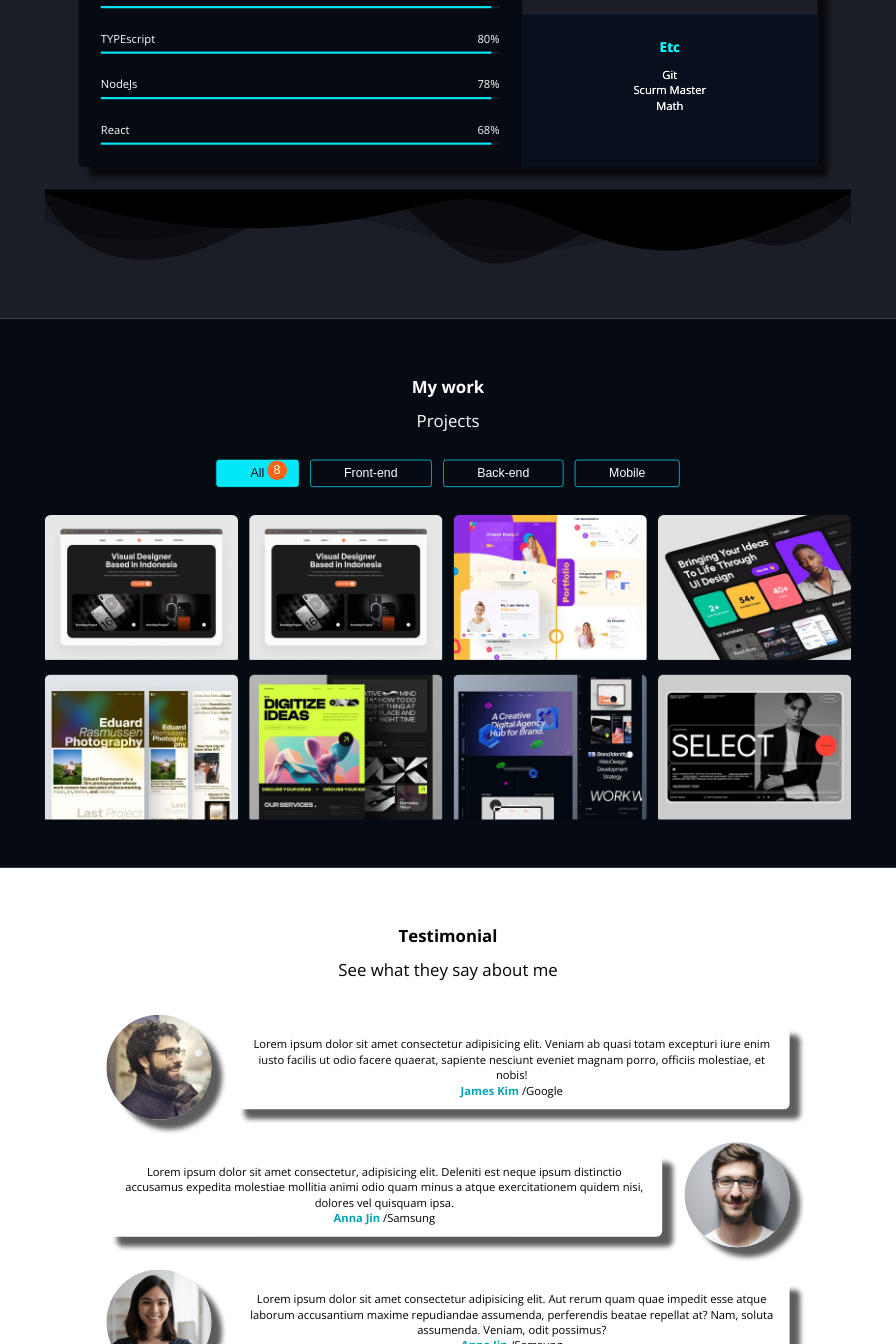
Repository: Arden-Sol/portfolio-website-clone-coding
Page: index.html
The author's editor kept a copy of each file at every save. The page is drawn from the files as they stood at one save, then again after the next save.
The browser window is 1280 px wide. The pictures show the part of the page from y = 1874 to 3794 px (the page is 4273 px tall before and 4153 px after), at 70% of full size.
Some web libraries are served in a nearby version.

Above is the page before, as saved 2024-04-06 23:46:42.

After the next save:
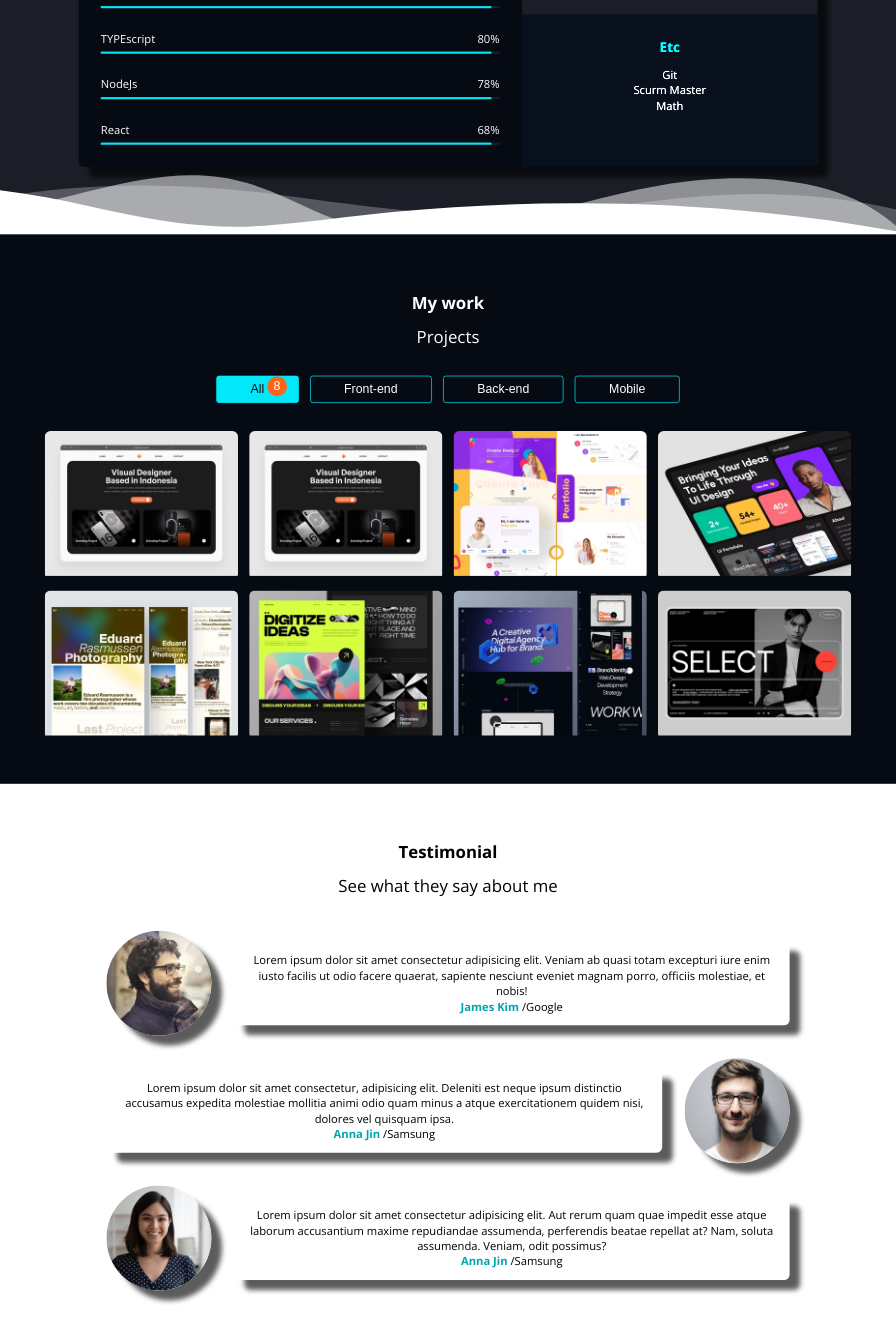
Saved 8 s later.
--- a/css/style.css
+++ b/css/style.css
@@ -235,7 +235,7 @@
   background-color: var(--color-primary-variant);
   color: var(--color-text);
 }
-.custom-shape-divider-bottom-1712414700 {
+.skills__divider {
   position: absolute;
   bottom: 0;
   left: 0;
@@ -245,14 +245,14 @@
   transform: rotate(180deg);
 }
 
-.custom-shape-divider-bottom-1712414700 svg {
+.skills__divider svg {
   position: relative;
   display: block;
   width: calc(140% + 1.3px);
   height: 92px;
 }
 
-.custom-shape-divider-bottom-1712414700 .shape-fill {
+.skills__divider .shape-fill {
   fill: #FFFFFF;
 }
 .skills{
